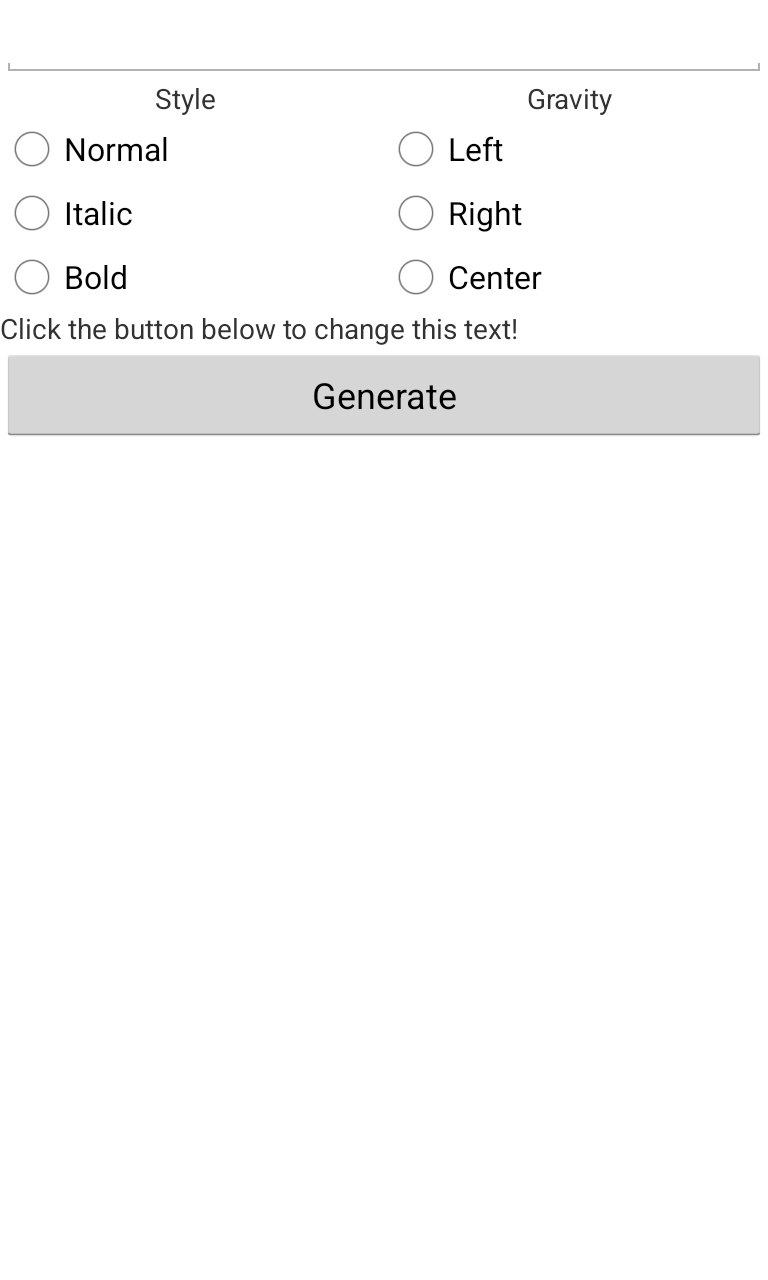
Repository: Cappo/ACM-Android-Development-SIG
Layout: Cappo/res/layout/tutorial1.xml
An editor plug-in stored every save of this project. The layout is shown before and after the next save, followed by the edit.
It is drawn on a 768 x 1280 px phone screen (xhdpi) without system bars, with theme AppTheme; the app's code is not run.

Above is the layout before, as saved 2013-09-15 02:02:57.

After the next save:
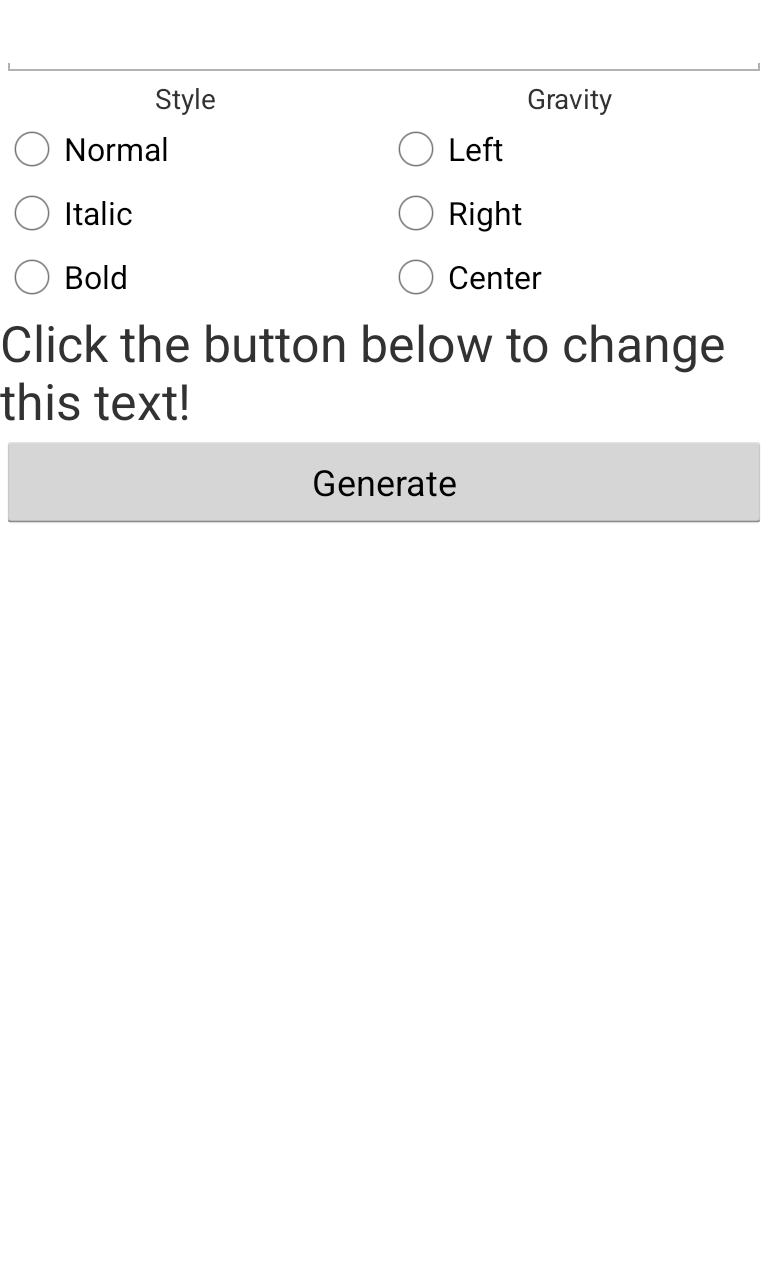
Saved 46 s later.
--- a/Cappo/res/layout/tutorial1.xml
+++ b/Cappo/res/layout/tutorial1.xml
@@ -91,6 +91,7 @@
         android:id="@+id/textView3"
         android:layout_width="match_parent"
         android:layout_height="wrap_content"
+        android:textSize="25dp"
         android:text="Click the button below to change this text!" />
 
     <Button
